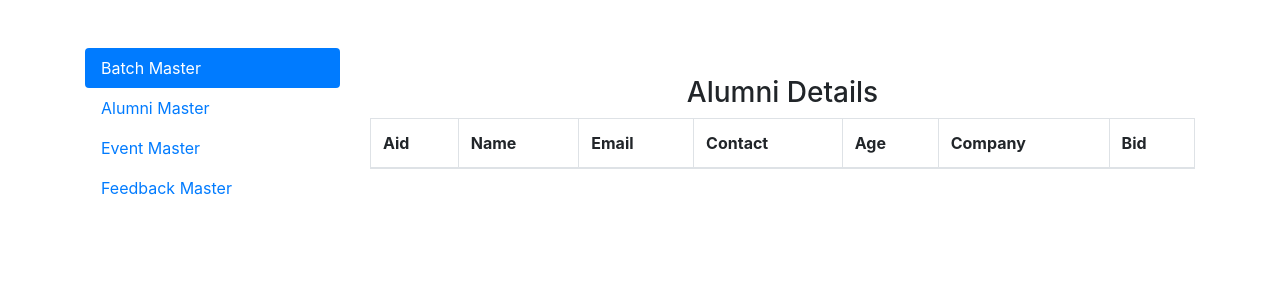
Repository: Shreyash1107/Web_Projects
Page: http://localhost/AlumnieventmanagementApplication/Viewalumni.jsp
An editor plug-in stored every save of this project. The page is shown before and after the next save, followed by the edit.
The browser window is 1280 px wide. The pictures show the whole page.
The page is served by Tomcat 9. Nobody is signed in. The application's start-up code is not run. Queries for data that is not in the repository find no rows.

Above is the page before, as saved 2024-07-30 07:29:08.

After the next save:
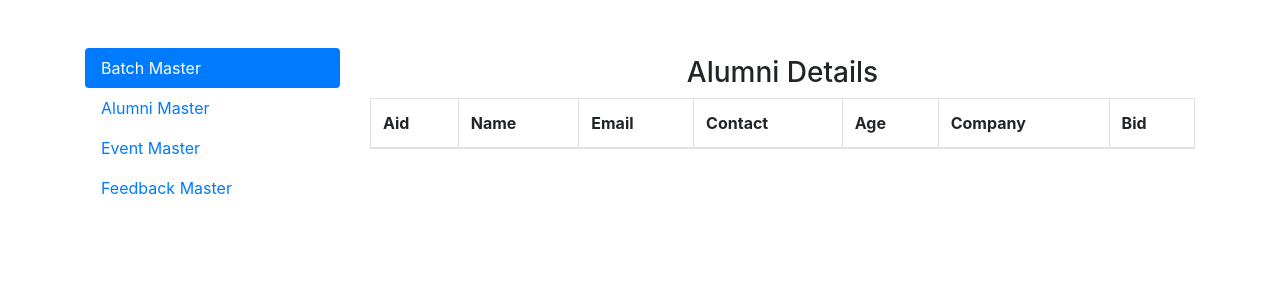
Saved 10 s later.
--- a/AlumnieventmanagementApplication/src/main/webapp/Viewalumni.jsp
+++ b/AlumnieventmanagementApplication/src/main/webapp/Viewalumni.jsp
@@ -15,7 +15,7 @@
 	<style>
 		.heading
 {
-	margin-top: -20px;
+	margin-top: -40px;
 }
 	</style>
 </head>
